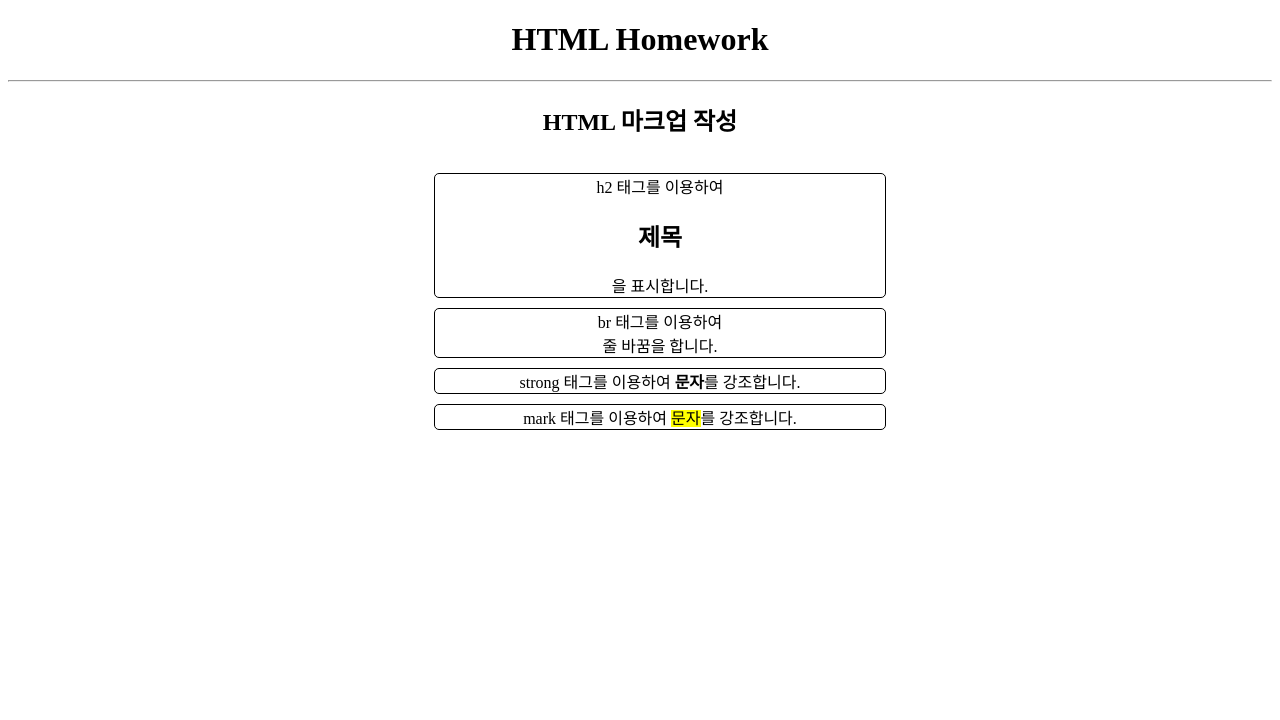
Repository: Cheol-Cheol/KOSA
Page: Kcc_web/Html/WebContent/mission/homework.html
An editor plug-in stored every save of this project. The page is shown before and after the next save, followed by the edit.
The browser window is 1280 px wide. The pictures show the whole page.

Above is the page before, as saved 2024-07-08 10:49:02.

After the next save:
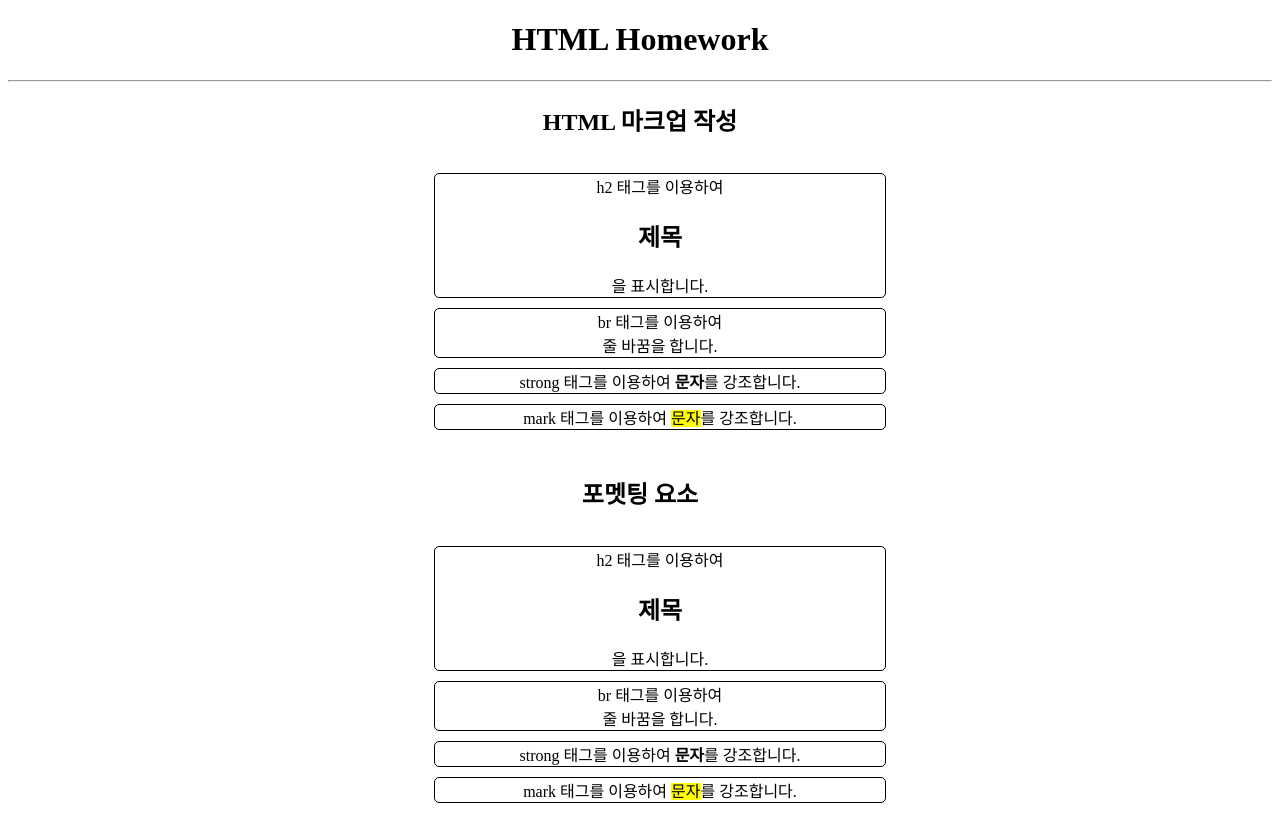
Saved 59 s later.
--- a/Kcc_web/Html/WebContent/mission/homework.html
+++ b/Kcc_web/Html/WebContent/mission/homework.html
@@ -47,6 +47,23 @@ li {
 		</div>
 	</section>
 
+	<section>
+		<h2>포멧팅 요소</h2>
+
+		<div class="ul-flex">
+			<ul>
+				<li>h2 태그를 이용하여
+					<h2>제목</h2>을 표시합니다.
+				</li>
+				<li>br 태그를 이용하여 <br />줄 바꿈을 합니다.
+				</li>
+				<li>strong 태그를 이용하여 <strong>문자</strong>를 강조합니다.
+				</li>
+				<li>mark 태그를 이용하여 <mark>문자</mark>를 강조합니다.
+				</li>
+			</ul>
+		</div>
+	</section>
 
 
 </body>
